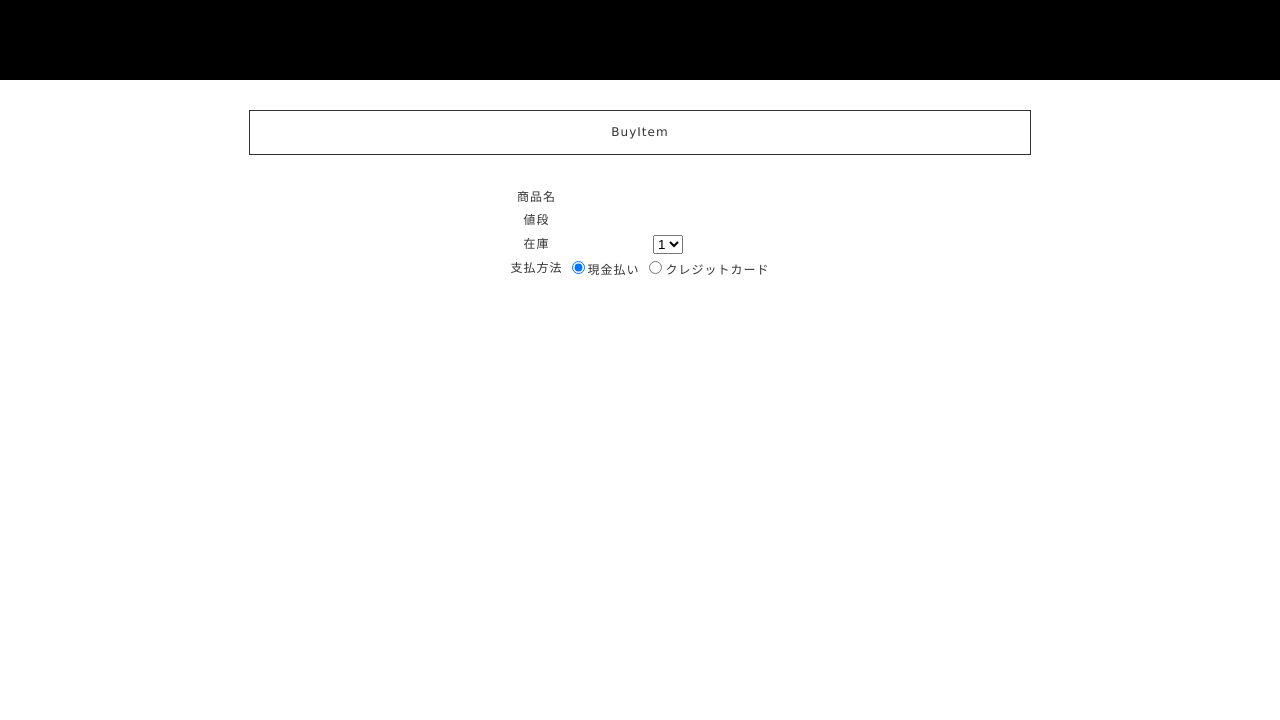
Repository: kazuki000/test
Page: http://localhost/templete2/buyItem.jsp
The author's editor kept a copy of each file at every save. The page is drawn from the files as they stood at one save, then again after the next save.
The browser window is 1280 px wide. The pictures show the whole page.
The page is served by Tomcat 9.

Above is the page before, as saved 2019-04-24 17:52:31.

After the next save:
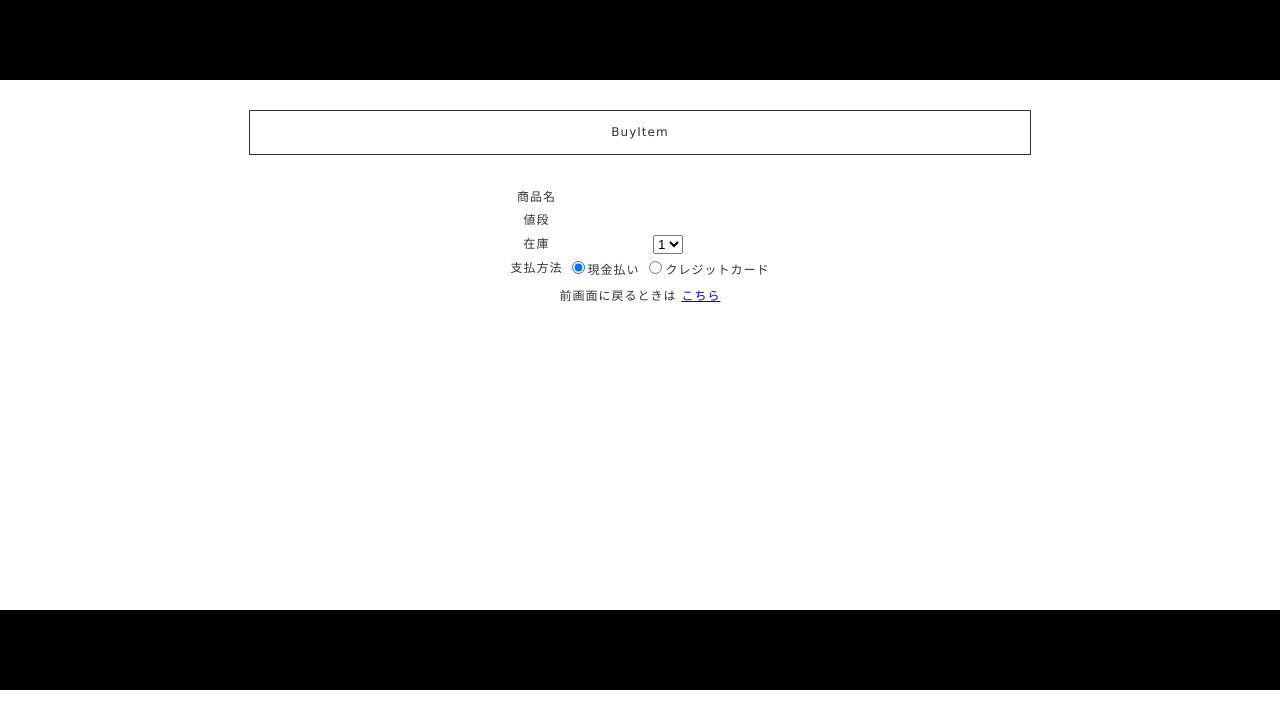
Saved 6 min 18 s later.
--- a/templete2/WebContent/buyItem.jsp
+++ b/templete2/WebContent/buyItem.jsp
@@ -102,6 +102,25 @@
                                   <td>
                                       <input type="radio" name="pay" value="1" checked="checked">現金払い
                                       <input type="radio" name="pay" value="2" >クレジットカード
+                                  </td>
+                              </tr>
+                              <tr>
+                                  <td>
+                                      <s:submit value="購入"/>
+                                  </td>
+                              </tr>
+                        </table>
+                  </s:form>
+                       <div>
+                             <span>前画面に戻るときは</span>
+                             <a href='<s:url action="HomeAction"/>'>こちら</a>
+                       </div>
+                 </div>
+          </div>
+          <div id="footer">
+                 <div id="pr">
+                 </div>
+          </div>
 
 
 
